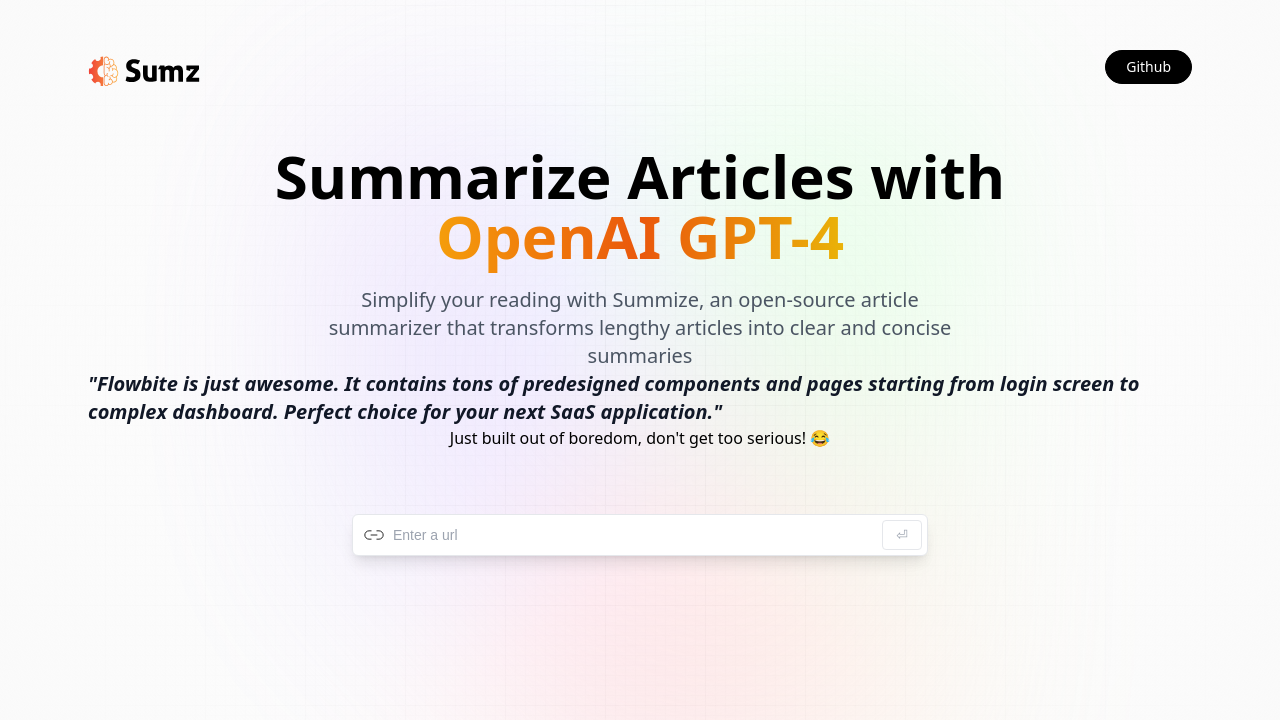
Repository: specialobyno/chatgpt-4
Page: /
The author's editor kept a copy of each file at every save. The page is drawn from the files as they stood at one save, then again after a run of saves.
The browser window is 1280 px wide. The pictures show the whole page.
The page's requests for data from a server got no answer. An inner scrolling area shows only its first screen. Some web fonts or font styles are not loaded; a fallback is used. The project was rebuilt for these pictures with package versions that can differ from the ones it lists, and the page was loaded fresh each time. No one was signed in, and anything a server would have sent is missing. Also part of the build but not shown: vite.config.ts.

Above is the page before, as saved 2023-04-24 03:07:23.

### index.html
<!DOCTYPE html>
<html lang="en">
  <head>
    <meta charset="UTF-8" />
    <link rel="icon" type="image/svg+xml" href="/favicon.ico" />
    <meta name="viewport" content="width=device-width, initial-scale=1.0" />
    <link
      href="https://api.fontshare.com/v2/css?f[]=satoshi@1,900,700,500,300,400&display=swap"
      rel="stylesheet"
    />
    <link rel="preconnect" href="https://fonts.googleapis.com" />
    <link rel="preconnect" href="https://fonts.gstatic.com" crossorigin />
    <link
      href="https://fonts.googleapis.com/css2?family=Inter:wght@100;200;300;400;500;600;700;800;900&display=swap"
      rel="stylesheet"
    />
    <title>OpenAI Article Summarizer</title>
  </head>
  <body>
    <div id="root"></div>
    <script type="module" src="/src/main.tsx"></script>
  </body>
</html>

### src/main.tsx
import React from 'react'
import ReactDOM from 'react-dom/client'
import { Provider } from "react-redux"
import App from './App.tsx'
import store from './services/store.ts'



ReactDOM.createRoot(document.getElementById('root') as HTMLElement).render(
  <React.StrictMode>
    <Provider store={store} >
       <App />
    </Provider>

  </React.StrictMode>,
)

### src/App.tsx


import Demo from './components/Demo'
import Hero from './components/Hero'

import './App.css'
const App = () => {

  return (
    <main>
        <div className='main'>
            <div className="gradient" />
            <div className="app">
                <Hero />
                <Demo />
            </div>
        </div>
    </main>
  )
}

export default App

### src/services/store.ts
import { configureStore } from "@reduxjs/toolkit";
import { articleApi } from "./article";

const store = configureStore({
    reducer: {
        [articleApi.reducerPath] : articleApi.reducer
    },
    middleware: (getDefaultMiddleware) => getDefaultMiddleware().concat(articleApi.middleware)
})
export type RootState = ReturnType<typeof store.getState>
export default store

### src/components/Demo.tsx
import { FormEvent, useEffect, useState } from "react"
import copy from "../assets/copy.svg"
import linkIcon from "../assets/link.svg"
import loader from "../assets/loader.svg"
import tick from "../assets/tick.svg"
import { useLazyGetSummaryQuery } from "../services/article"

const Demo = () => {
  const [article, setArticle] = useState<{
    url: string
    summary: string
  }>({
    url: "",
    summary: "",
  })
  const [getSummary, {error, isFetching}] = useLazyGetSummaryQuery()
  const [allArticles, setAllArticles] = useState<{ summary: any; url: string; }[]>([])
  useEffect(()=> {
    const unParsedArticlesFromLocalStorage = localStorage.getItem('articles')
    const articlesFromLocalStorage = unParsedArticlesFromLocalStorage ? JSON.parse(unParsedArticlesFromLocalStorage) : []
    setAllArticles(articlesFromLocalStorage)
  }, [])
  const [copied1, setCopied1] = useState("")
  const [copied2, setCopied2] = useState("")
  const handleSubmit = async (e: FormEvent<HTMLFormElement>) => {
    e.preventDefault()
    const { data } = await getSummary({articleUrl: article.url})
    if(data?.summary){
      const newArticle = {...article, summary: data.summary}
      const updatedAllArticles = [newArticle, ...allArticles]
      setArticle(newArticle)
      setAllArticles(updatedAllArticles)
      localStorage.setItem('articles', JSON.stringify(updatedAllArticles))
    }
  }
  const handleCopy = (text: string, setFunc: (arg0: string) => any) => {
    navigator.clipboard.writeText(text)
    setFunc(text)
    setTimeout(() => setFunc(''), 3000)
  }
  return (
    <section className="mt-16 w-full max-w-xl">
      <div className="flex flex-col w-full gap-2">
        <form onSubmit={handleSubmit} className="relative flex justify-center items-center">
          <img src={linkIcon} alt="link" className="absolute left-0 my-2 ml-3 w-5" />
          <input
            type="url"
            placeholder="Enter a url"
            value={article.url}
            onChange={(e) => setArticle({ ...article, url: e.target.value })}
            required
            className="url_input peer text-green-900"
          />
          <button type="submit" className="submit_btn peer-focus:border-gray-700 peer-focus:text-gray-700">
            ⏎
          </button>
        </form>
        <div className="flex flex-col gap-1 max-h-60 overflow-y-auto">
          {allArticles.map((item, index) =>(
            <div
            key={`link-${index}`}
            className="link_card"
            >
              <div className="copy_btn" onClick={() => handleCopy(item.url, setCopied1)}>
                <img src={copied1 === item.url ? tick : copy} alt="copy_icon" className="w-[40%] h-[40%] object-contain " />
              </div>
              <p
              onClick={() => setArticle(item)}
              className="flex-1 font-satoshi text-blue-700 font-medium text-sm truncate">
                {item.url}
              </p>
            </div>
          ))}
        </div>
      </div>
      <div className="my-10 max-w-full flex justify-center">
            {isFetching ? (
              <img src={loader} alt="loader" className="w-20 h-20 object-contain" />
            ) : (
              error ? (
                <p className="font-inter font-bold text-black text-center">
                  Ops! That wasn't supposed to happen
                  <br />
                  <span className="font-satoshi font-normal text-gray-700">
                    {(error as any).data.message}
                  </span>
                </p>
              ) : (
                article.summary && (
                  <div className="flex flex-col gap3">
                    <h2 className="font-satoshi font-bold text-gray-600 text-xl">
                      Article <span className="blue_gradient">Summary</span>
                    </h2>
                    <div className="summary_box">
                      <p className="text-justify font-inter font-medium text-sm text-gray-700">{article.summary}</p>
                    </div>
                    <div className="flex  justify-end p-2 w-full" >
                      <button
                      disabled={copied2 === article.summary}
                      type="button"
                      className="bg-gradient-to-r from-orange-400 via-red-500 to-pink-500 hover:from-pink-500 hover:to-yellow-500 text-white text-sm font-bold py-2 px-4 rounded-full"
                      onClick={()=> handleCopy(article.summary, setCopied2)}
                      >
                        {copied2 === article.summary ? (
                          <small>Copied</small>
                        ): (
                          <small>Copy Summary</small>
                        )}
                      </button>
                    </div>
                  </div>

                )
              )
            ) }
      </div>
    </section>
  )
}

export default Demo

### src/components/Hero.tsx
import logo from "../assets/logo.svg"

const Hero = () => {
  return (
    <header className="w-full flex justify-center items-center flex-col">
      <nav className="flex justify-between items-center w-full mb-10 pt-3">
        <img src={logo} alt="Logo" className="w-28 object-contain" />
        <button
        type="button"
        onClick={() => window.open("https://github.com/specialobyno")}
        className="black_btn"
        >
            Github
        </button>
      </nav>
      <h1 className="head_text">
        Summarize Articles with <br className="max-md:hidden" />
        <span className="orange_gradient">OpenAI GPT-4</span>
      </h1>
      <h2 className="desc">
        Simplify your reading with Summize, an open-source article summarizer that transforms lengthy articles into clear and concise summaries
      </h2>
      <blockquote class="text-xl italic font-semibold text-gray-900 dark:text-white">
    <p>"Flowbite is just awesome. It contains tons of predesigned components and pages starting from login screen to complex dashboard. Perfect choice for your next SaaS application."</p>
</blockquote>
      <h3>
        Just built out of boredom, don't get too serious! 😂
        <br />
        <p></p>
      </h3>
    </header>
  )
}

export default Hero

### src/App.css
@tailwind base;
@tailwind components;
@tailwind utilities;

/*
  Note: The styles for this gradient grid background is heavily inspired by the creator of this amazing site (https://dub.sh) – all credits go to them!
*/

.main {
  width: 100vw;
  min-height: 100vh;
  height: 100%;
  position: fixed;
  display: flex;
  justify-content: center;
  padding: 120px 24px 160px 24px;
  overflow-y: auto !important;
  /* pointer-events: none; */
}

.main:before {
  background: radial-gradient(circle, rgba(2, 0, 36, 0) 0, #fafafa 100%);
  position: absolute;
  content: "";
  z-index: 2;
  width: 100%;
  height: 100%;
  top: 0;
}

.main:after {
  content: "";
  background-image: url("/src/assets/grid.svg");
  z-index: 1;
  position: absolute;
  width: 100%;
  height: 100%;
  top: 0;
  opacity: 0.4;
  filter: invert(1);
}

.gradient {
  height: fit-content;
  z-index: 3;
  width: 100%;
  max-width: 640px;
  background-image: radial-gradient(
      at 27% 37%,
      hsla(215, 98%, 61%, 1) 0px,
      transparent 0%
    ),
    radial-gradient(at 97% 21%, hsla(125, 98%, 72%, 1) 0px, transparent 50%),
    radial-gradient(at 52% 99%, hsla(354, 98%, 61%, 1) 0px, transparent 50%),
    radial-gradient(at 10% 29%, hsla(256, 96%, 67%, 1) 0px, transparent 50%),
    radial-gradient(at 97% 96%, hsla(38, 60%, 74%, 1) 0px, transparent 50%),
    radial-gradient(at 33% 50%, hsla(222, 67%, 73%, 1) 0px, transparent 50%),
    radial-gradient(at 79% 53%, hsla(343, 68%, 79%, 1) 0px, transparent 50%);
  position: absolute;
  content: "";
  width: 100%;
  height: 100%;
  filter: blur(100px) saturate(150%);
  top: 80px;
  opacity: 0.15;
}

@media screen and (max-width: 640px) {
  .main {
    padding: 0;
  }
}

/* Tailwind Styles */

.app {
  @apply relative z-10 flex justify-center items-center flex-col max-w-7xl mx-auto sm:px-16 px-6;
}

.black_btn {
  @apply rounded-full border border-black bg-black py-1.5 px-5 text-sm text-white transition-all hover:bg-white hover:text-black;
}

.head_text {
  @apply mt-5 text-5xl font-extrabold leading-[1.15] text-black sm:text-6xl text-center;
}

.orange_gradient {
  @apply bg-gradient-to-r from-amber-500 via-orange-600 to-yellow-500 bg-clip-text text-transparent;
}

.desc {
  @apply mt-5 text-lg text-gray-600 sm:text-xl text-center max-w-2xl;
}

.url_input {
  @apply block w-full rounded-md border border-gray-200 bg-white py-2.5 pl-10 pr-12 text-sm shadow-lg font-satoshi font-medium focus:border-black focus:outline-none focus:ring-0;
}

.submit_btn {
  @apply hover:border-gray-700 hover:text-gray-700 absolute inset-y-0 right-0 my-1.5 mr-1.5 flex w-10 items-center justify-center rounded border border-gray-200 font-sans text-sm font-medium text-gray-400;
}

.link_card {
  @apply p-3 flex justify-start items-center flex-row bg-white border border-gray-200 gap-3 rounded-lg cursor-pointer;
}

.copy_btn {
  @apply w-7 h-7 rounded-full bg-white/10 shadow-[inset_10px_-50px_94px_0_rgb(199,199,199,0.2)] backdrop-blur flex justify-center items-center cursor-pointer;
}

.blue_gradient {
  @apply font-black bg-gradient-to-r from-blue-600 to-cyan-600 bg-clip-text text-transparent;
}

.summary_box {
  @apply rounded-xl border border-gray-200 bg-white/20 shadow-[inset_10px_-50px_94px_0_rgb(199,199,199,0.2)] backdrop-blur p-4;
}

### src/services/article.ts
import { createApi, fetchBaseQuery } from "@reduxjs/toolkit/query/react"

const rapidApiKey = import.meta.env.VITE_RAPID_API_ARTICLE_KEY
export const articleApi = createApi({
    reducerPath: "articleApi",
    baseQuery: fetchBaseQuery({
        baseUrl: 'https://article-extractor-and-summarizer.p.rapidapi.com/',
        prepareHeaders: (headers) => {
            headers.set('content-type', 'application/octet-stream')
            headers.set('X-RapidAPI-Key', rapidApiKey)
            headers.set('X-RapidAPI-Host', 'article-extractor-and-summarizer.p.rapidapi.com')
            return headers
        }
    }),
    endpoints: (builder) => ({
        getSummary: builder.query({
            query: (params) => {
                console.log(params)
                return `/summarize?url=${encodeURIComponent(params.articleUrl)}&length=3`
            }
        })
    })

})

export const {useLazyGetSummaryQuery} = articleApi

Loaded but not shown: tailwind.config.js (common file)

After the next 2 saves:
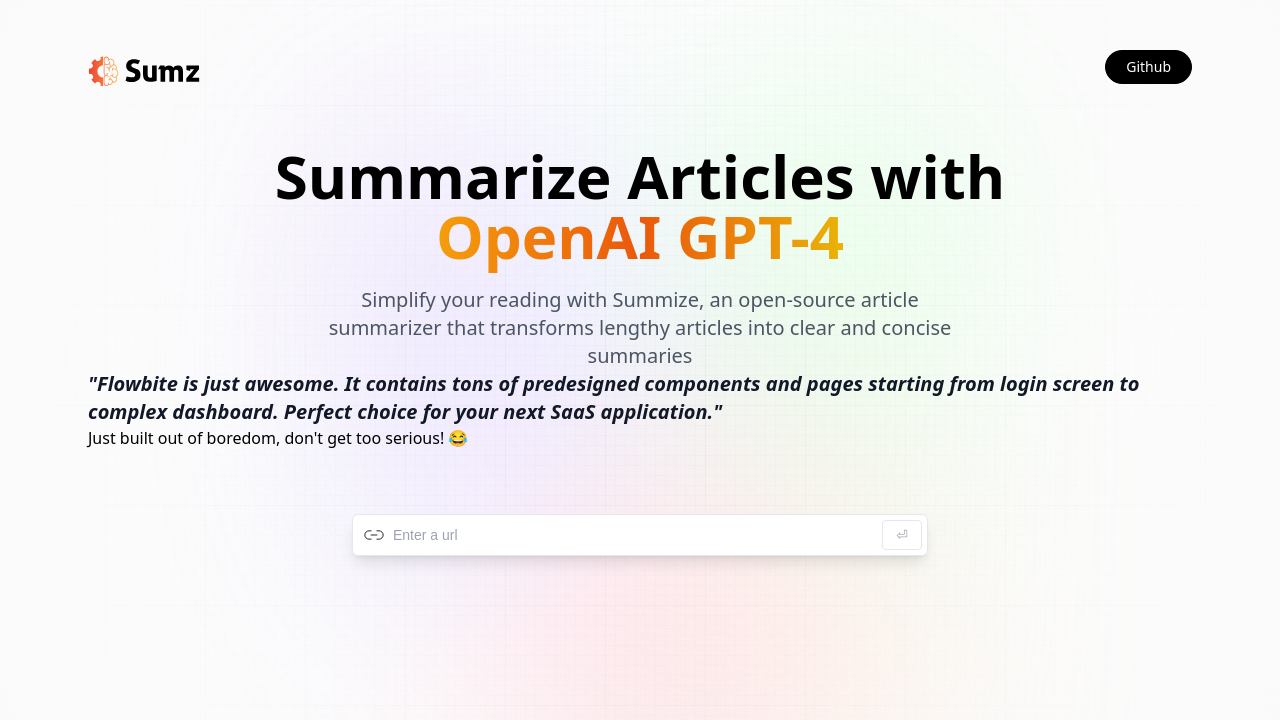
The 2 saves are shown as one change because they came seconds apart.
The last was saved 21 s later.
--- a/src/components/Hero.tsx
+++ b/src/components/Hero.tsx
@@ -20,10 +20,11 @@
       <h2 className="desc">
         Simplify your reading with Summize, an open-source article summarizer that transforms lengthy articles into clear and concise summaries
       </h2>
+
+      <h3>
       <blockquote class="text-xl italic font-semibold text-gray-900 dark:text-white">
     <p>"Flowbite is just awesome. It contains tons of predesigned components and pages starting from login screen to complex dashboard. Perfect choice for your next SaaS application."</p>
 </blockquote>
-      <h3>
         Just built out of boredom, don't get too serious! 😂
         <br />
         <p></p>
